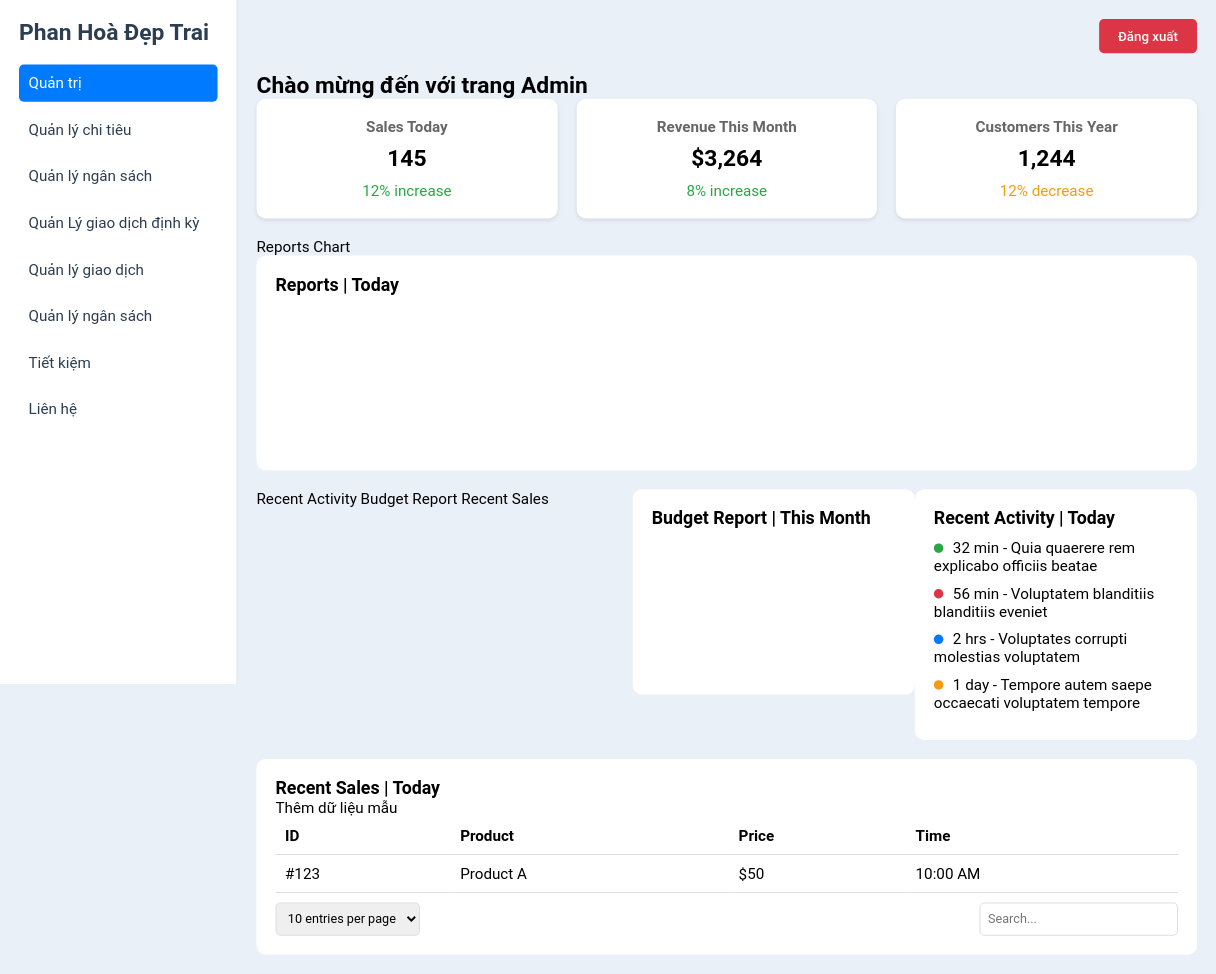
Repository: PhanVanHoa051204/Project3
Page: http://localhost/Project3/dashboard.jsp
An editor plug-in stored every save of this project. The page is shown before and after the next save, followed by the edit.
The browser window is 1280 px wide. The pictures show the whole page, at 95% of full size.
The page is served by Tomcat 9.

Above is the page before, as saved 2025-03-14 07:58:35.
Console error: ReferenceError: Chart is not defined

After the next save:
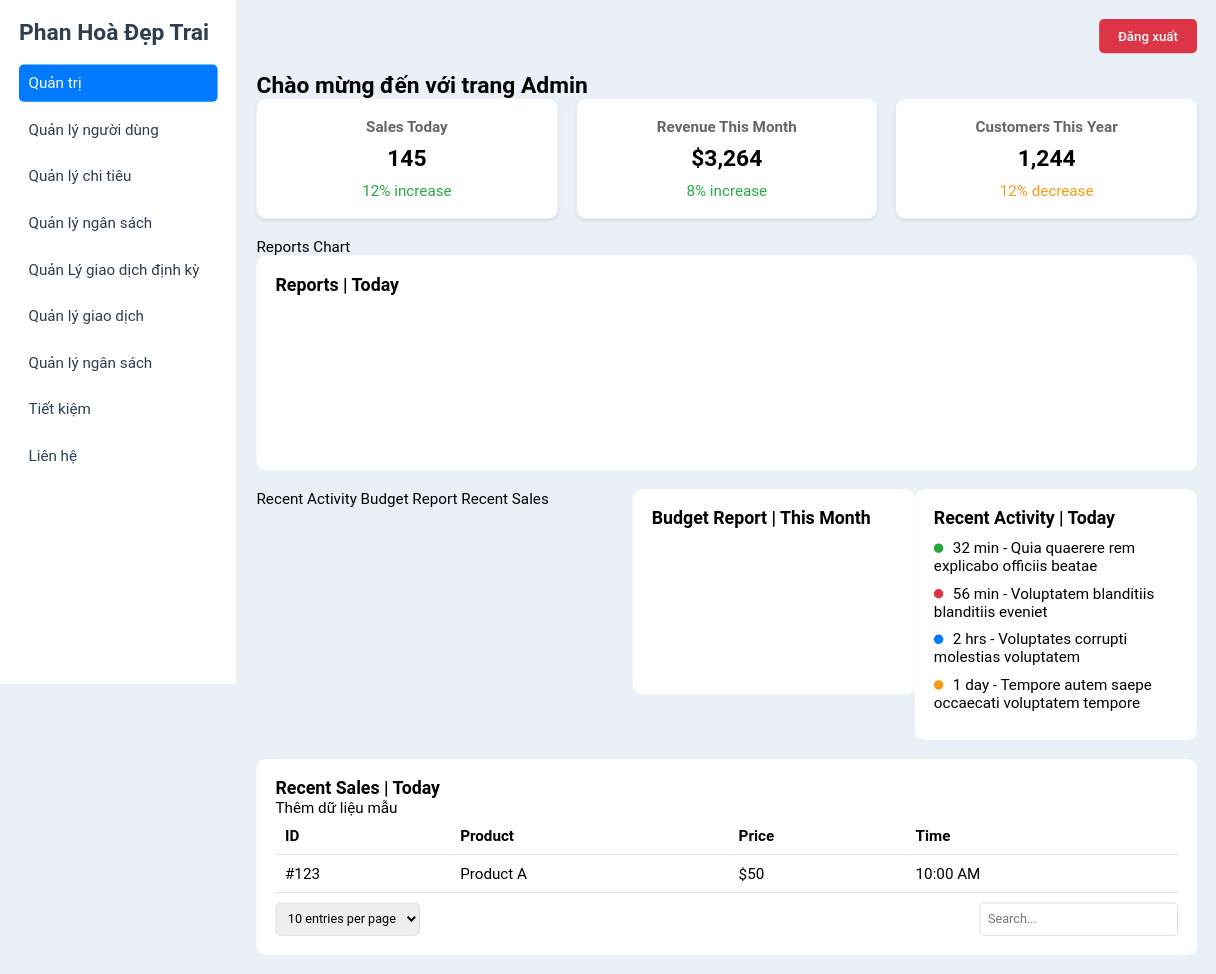
Saved 72 s later.
--- a/PhanVanHoa_2210900023_K22CNT1/Project3/src/main/webapp/dashboard.jsp
+++ b/PhanVanHoa_2210900023_K22CNT1/Project3/src/main/webapp/dashboard.jsp
@@ -16,6 +16,7 @@
 			<div class="logo">Phan Hoà Đẹp Trai</div>
 			<ul>
 				<li class="active"><a href="#">Quản trị</a></li>
+				<li><a href="#">Quản lý người dùng</a></li>
 				<li><a class ="" href="${pageContext.request.contextPath}/ChiTieu/categories.jsp" >Quản lý chi tiêu</a></li>
 				<li><a href="#">Quản lý ngân sách</a></li>
 				<li><a href="#">Quản Lý giao dịch định kỳ</a></li>
